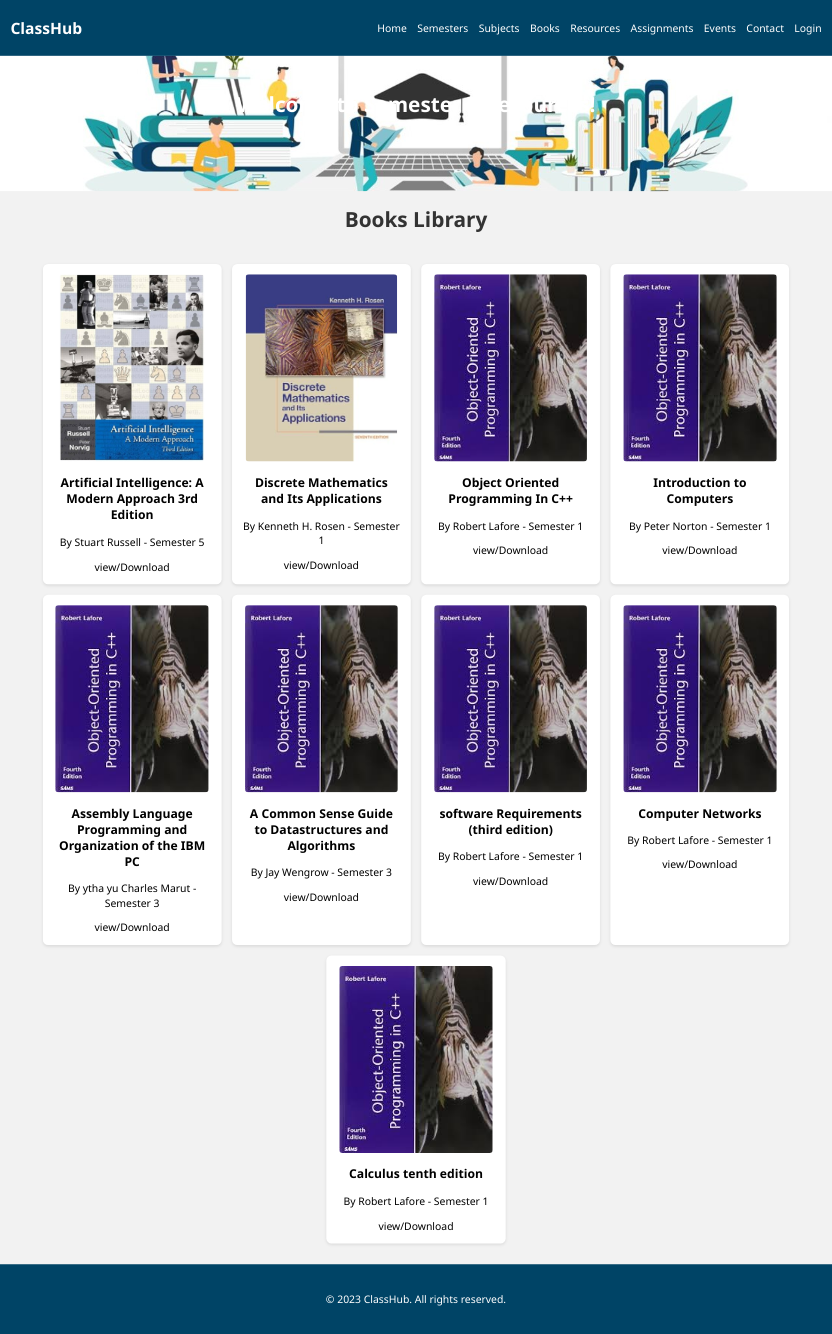
Repository: MariamSawera/eduNova
Page: subjects.html
An editor plug-in stored every save of this project. The page is shown before and after the next save, followed by the edit.
The browser window is 1280 px wide. The pictures show the whole page, at 65% of full size.

Above is the page before, as saved 2025-07-23 18:56:47.

After the next save:
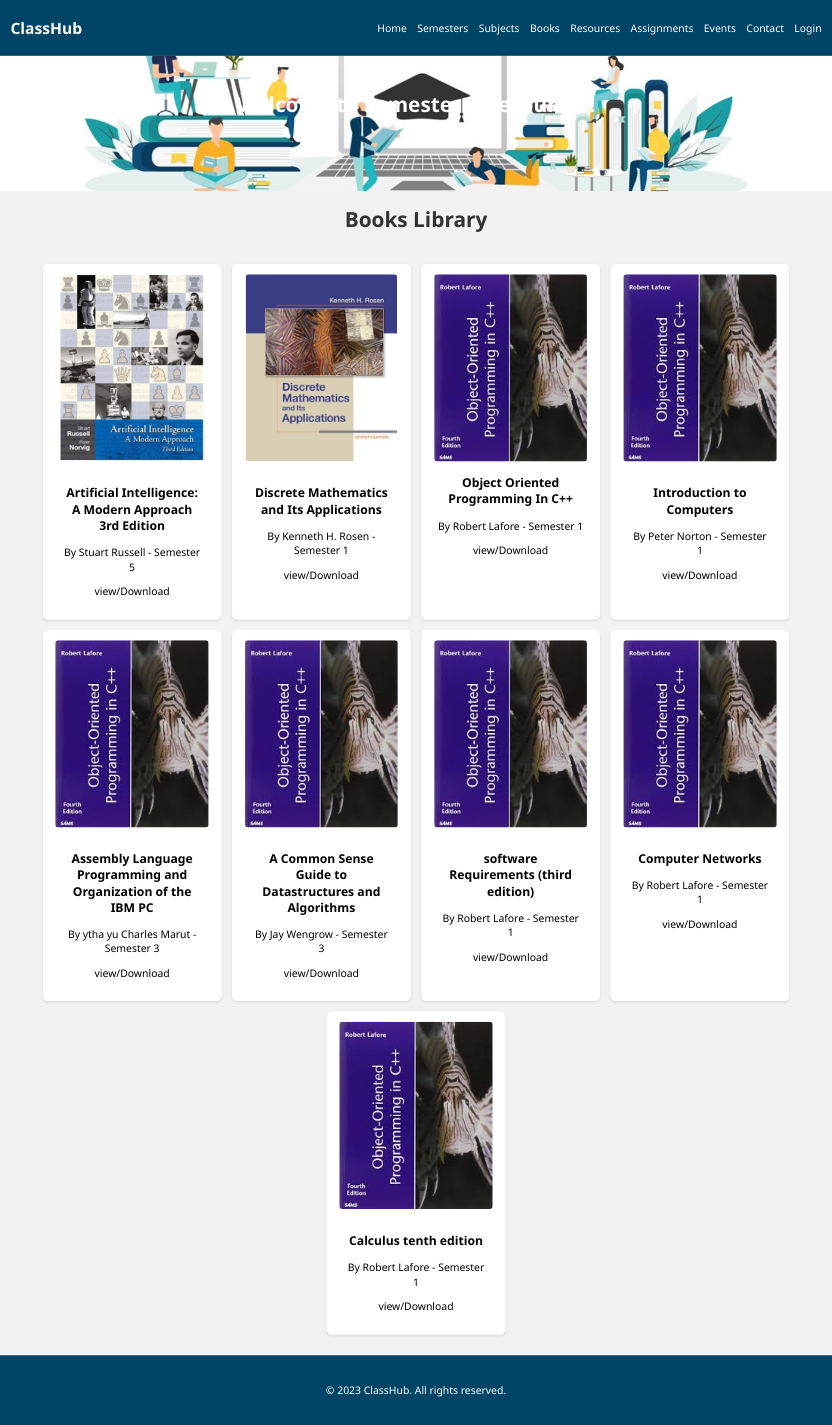
Saved 3 min 37 s later.
--- a/styles.css
+++ b/styles.css
@@ -147,3 +147,8 @@
       object-fit: cover;
 
     }
+
+    .book-info {
+    padding: 1rem;
+    text-align: center;
+    }
